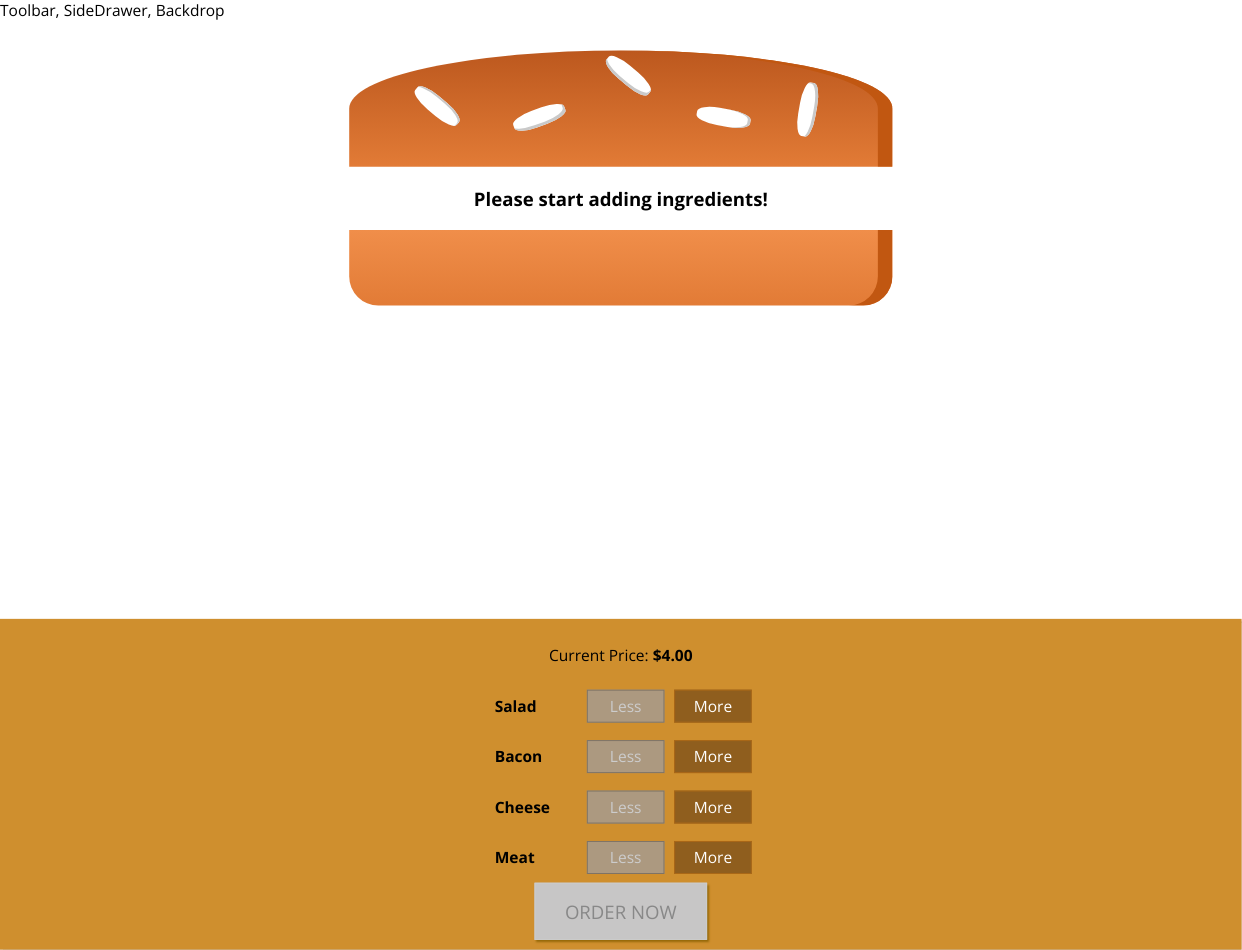
Repository: AbdulMutaal/Burger-Builder
Page: /
These files come from the project's save history. The page is drawn as it stood at one moment and after the next save; the edit follows.
The browser window is 1280 px wide. The pictures show the whole page, at 97% of full size.
The project was rebuilt for these pictures with package versions that can differ from the ones it lists, and the page was loaded fresh each time. Also part of the build but not shown: src/components/UI/Backdrop/Backdrop.module.css, src/components/UI/Backdrop/Backdrop.js.

Above is the page before, as saved 2021-12-08 10:41:38.

### src/index.css
body {
  margin: 0;
  font-family: "Open Sans", sans-serif;
}

### src/App.js
import Layout from './components/Layout/Layout';
import BurgerBuilder from './containers/BurgerBuilder/BurgerBuilder';

function App() {
  return (
    <div>
      <Layout>
        <BurgerBuilder />
      </Layout>
    </div>
  );
}

export default App;

### src/components/Layout/Layout.js
import React from 'react';

import Auxiliary from '../../hoc/Auxiliary';
import classes from './Layout.module.css';
import Toolbar from '../Navigation/Toolbar/Toolbar';

const layout = ( props ) => (
    <Auxiliary>
        <div>Toolbar, SideDrawer, Backdrop</div>
        <main className={classes.Content}>
            {props.children}
        </main>
    </Auxiliary>
);

export default layout;

### src/containers/BurgerBuilder/BurgerBuilder.js
import React, { Component } from 'react';

import Auxiliary from '../../hoc/Auxiliary';
import Burger from '../../components/Burger/Burger';
import BuildControls from '../../components/Burger/BuildControls/BuildControls';
import Modal from '../../components/UI/Modal/Modal';
import OrderSummary from '../../components/Burger/OrderSummary/OrderSummary';

const INGREDIENT_PRICES = {
    salad: 0.5,
    cheese: 0.4,
    meat: 1.3,
    bacon: 0.7
};

class BurgerBuilder extends Component {
    state = {
        ingredients: {
            salad: 0,
            bacon: 0,
            cheese: 0,
            meat: 0
        },
        totalPrice: 4,
        purchasable: false,
        purchasing: false
    }

    updatePurchaseState (ingredients) {
        const sum = Object.keys(ingredients)
            .map(igKey => {
                return ingredients[igKey];
            })
            .reduce((sum, el) => {
                return sum + el;
            }, 0);
        this.setState({purchasable: sum > 0});
    }

    addIngredientHandler = (type) => {
        const oldCount = this.state.ingredients[type];
        const updatedCount = oldCount + 1;
        const updateIngredients = {
            ...this.state.ingredients
        };
        updateIngredients[type] = updatedCount;

        const priceAddition = INGREDIENT_PRICES[type];
        const oldPrice = this.state.totalPrice;
        const newPrice = oldPrice + priceAddition;
        this.setState({totalPrice: newPrice, ingredients: updateIngredients});
        this.updatePurchaseState(updateIngredients);
    }

    removeIngredientHandler = (type) => {
        const oldCount = this.state.ingredients[type];

        if (oldCount <= 0) {
            return;
        }

        const updatedCount = oldCount - 1;
        const updateIngredients = {
            ...this.state.ingredients
        };
        updateIngredients[type] = updatedCount;

        const priceDeduction = INGREDIENT_PRICES[type];
        const oldPrice = this.state.totalPrice;
        const newPrice = oldPrice - priceDeduction;
        this.setState({totalPrice: newPrice, ingredients: updateIngredients});
        this.updatePurchaseState(updateIngredients);
    }

    purchaseHandler = () => {
        this.setState({purchasing: true});
    }

    purchaseCancelHandler = () => {
        this.setState({purchasing: false});
    }

    purchaseContinueHandler = () => {
        alert('You continue');
    }

    render () {
        const disabledInfo = {
            ...this.state.ingredients
        };

        for (let key in disabledInfo) {
            disabledInfo[key] = disabledInfo[key] <= 0
        }

        return (
            <Auxiliary>
                <Modal show={this.state.purchasing} modalClosed={this.purchaseCancelHandler}>
                    <OrderSummary
                        ingredients={this.state.ingredients}
                        price={this.state.totalPrice}
                        purchaseCancelled={this.purchaseCancelHandler}
                        purchaseContinue={this.purchaseContinueHandler} />
                </Modal>
                <Burger ingredients={this.state.ingredients} />
                <BuildControls
                    ingredientAdded={this.addIngredientHandler}
                    ingredientRemoved={this.removeIngredientHandler}
                    disabled={disabledInfo}
                    ordered={this.purchaseHandler}
                    purchasable={this.state.purchasable}
                    price={this.state.totalPrice} />
            </Auxiliary>
        );
    }
}

export default BurgerBuilder;

### src/components/Burger/Burger.js
import React from 'react';

import classes from './Burger.module.css';
import BurgerIngredient from './BurgerIngredient/BurgerIngredient';

const burger = (props) => {
    let transformedIngredients = Object.keys(props.ingredients)
        .map(igKey => {
            return [...Array(props.ingredients[igKey])].map((_, i) => {
                return <BurgerIngredient key={igKey + i} type={igKey} />;
            });
        })
        .reduce((arr, el) => {
            return arr.concat(el)
        }, []);
    console.log(transformedIngredients);

    if (transformedIngredients.length === 0) {
        transformedIngredients = <p>Please start adding ingredients!</p>;
    }

    return (
        <div className={classes.Burger}>
            <BurgerIngredient type="bread-top" />
                { transformedIngredients }
            <BurgerIngredient type="bread-bottom" />
        </div>
    );
};

export default burger;

### src/components/Burger/BuildControls/BuildControls.js
import React from 'react';

import classes from './BuildControls.module.css';
import BuildControl from './BuildControl/BuildControl';

const controls = [
    { label: 'Salad', type: 'salad'},
    { label: 'Bacon', type: 'bacon'},
    { label: 'Cheese', type: 'cheese'},
    { label: 'Meat', type: 'meat'}
];

const buildControls = (props) => (
    <div className={classes.BuildControls}>
        <p>Current Price: <strong>${props.price.toFixed(2)}</strong></p>
        {controls.map(ctrl => (
            <BuildControl
                key={ctrl.label}
                label={ctrl.label}
                added={() => props.ingredientAdded(ctrl.type)}
                removed={() => props.ingredientRemoved(ctrl.type)}
                disabled={props.disabled[ctrl.type]} />
        ))}
        <button
            className={classes.OrderButton}
                disabled={!props.purchasable}
                onClick={props.ordered}>ORDER NOW</button>
    </div>
);

export default buildControls;

### src/components/UI/Modal/Modal.js
import React from 'react';

import classes from './Modal.module.css';
import Auxiliary from '../../../hoc/Auxiliary';
import Backdrop from '../Backdrop/Backdrop';

const modal = (props) => (
    <Auxiliary>
        <Backdrop show={props.show} clicked={props.modalClosed} />
        <div
            className={classes.Modal}
            style={{
                transform: props.show ? 'translateY(0)' : 'translateY(-100vh)',
                opacity: props.show ? '1' : '0'
            }}>
            {props.children}
        </div>
    </Auxiliary>
);

export default modal;

### src/components/Burger/OrderSummary/OrderSummary.js
import React from 'react';

import Auxiliary from '../../../hoc/Auxiliary';
import Button from '../../UI/Button/Button';

const orderSummary = (props) => {
    const ingredientSummary = Object.keys(props.ingredients).map((igKey) => {
        return (
            <li key={igKey}>
                <span style={{textTransform: 'capitalize'}}>{igKey}</span>: {props.ingredients[igKey]}
            </li>);

        });
    return (
        <Auxiliary>
            <h3>Your Order</h3>
            <p>A delicious burger with the following ingredients:</p>
            <ul>
                {ingredientSummary}
            </ul>
            <p><strong>Total Price: ${props.price.toFixed(2)}</strong></p>
            <p>Continue to checkout</p>
            <Button btnType="Danger" clicked={props.purchaseCancelled}>CANCEL</Button>
            <Button btnType="Success" clicked={props.purchaseContinue}>CONTINUE</Button>
        </Auxiliary>
    );
};

export default orderSummary;

### src/components/Burger/BurgerIngredient/BurgerIngredient.js
import React from 'react';
import PropTypes from 'prop-types';

import classes from './BurgerIngredient.module.css';

const burgerIngredient = (props) => {
    let ingredient = null;

    switch (props.type) {
        case ('bread-bottom'):
            ingredient = <div className={classes.BreadBottom}></div>;
            break;
        case ('bread-top'):
            ingredient = (
                <div className={classes.BreadTop}>
                    <div className={classes.Seeds1}></div>
                    <div className={classes.Seeds2}></div>
                </div>
            );
            break;
        case ('meat'):
            ingredient = <div className={classes.Meat}></div>;
            break;
        case ('cheese'):
            ingredient = <div className={classes.Cheese}></div>;
            break;
        case ('bacon'):
            ingredient = <div className={classes.Bacon}></div>;
            break;
        case ('salad'):
            ingredient = <div className={classes.Salad}></div>;
            break;
        default:
            ingredient = null;
    }

    return ingredient;
};

burgerIngredient.propTypes = {
    type: PropTypes.string.isRequired
};

export default burgerIngredient;

### src/components/Burger/BuildControls/BuildControls.module.css
.BuildControls {
    width: 100%;
    background-color: #cf8f2e;
    display: flex;
    flex-flow: column;
    align-items: center;
    box-shadow: 0 2px 1px #ccc;
    margin: auto;
    padding: 10px 0;
}


.OrderButton {
    background-color: #DAD735;
    outline: none;
    cursor: pointer;
    border: 1px solid #966909;
    color: #966909;
    font-family: inherit;
    font-size: 1.2em;
    padding: 15px 30px;
    box-shadow: 2px 2px 2px #966909;
}

.OrderButton:hover, .OrderButton:active {
    background-color: #A0DB41;
    border: 1px solid #966909;
    color: #966909;
}

.OrderButton:disabled {
    background-color: #C7C6C6;
    cursor: not-allowed;
    border: 1px solid #ccc;
    color: #888888;
}

.OrderButton:not(:disabled) {
    animation: enable 0.3s linear;
}

@keyframes enable {
    0% {
        transform: scale(1);
    }
    60% {
        transform: scale(1.1);
    }
    100% {
        transform: scale(1);
    }
}

### src/components/Burger/BuildControls/BuildControl/BuildControl.js
import React from 'react';

import classes from './BuildControl.module.css';

const buildControl = (props) =>  (
    <div className={classes.BuildControl}>
        <div className={classes.Label}>{props.label}</div>
        <button className={classes.Less} onClick={props.removed} disabled={props.disabled}>Less</button>
        <button className={classes.More} onClick={props.added}>More</button>
    </div>
)

export default buildControl;

### src/components/UI/Button/Button.js
import React from 'react';

import classes from './Button.module.css';

const button = (props) => (
    <button
        className={[classes.Button, classes[props.btnType]].join(' ')}
        onClick={props.clicked}>{props.children}</button>
);

export default button;

### src/components/Burger/BurgerIngredient/BurgerIngredient.module.css
.BreadBottom {
    height: 13%;
    width: 80%;
    background: linear-gradient(#F08E4A, #e27b36);
    border-radius: 0 0 30px 30px;
    box-shadow: inset -15px 0 #c15711;
    margin: 2% auto;
}

.BreadTop {
    height: 20%;
    width: 80%;
    background: linear-gradient(#bc581e, #e27b36);
    border-radius: 50% 50% 0 0;
    box-shadow: inset -15px 0 #c15711;
    margin: 2% auto;
    position: relative;
}

.Seeds1 {
    width: 10%;
    height: 15%;
    position: absolute;
    background-color: white;
    left: 30%;
    top: 50%;
    border-radius: 40%;
    transform: rotate(-20deg);
    box-shadow: inset -2px -3px #c9c9c9;
}

.Seeds1:after {
    content: "";
    width: 100%;
    height: 100%;
    position: absolute;
    background-color: white;
    left: -170%;
    top: -260%;
    border-radius: 40%;
    transform: rotate(60deg);
    box-shadow: inset -1px 2px #c9c9c9;
  }

.Seeds1:before {
    content: "";
    width: 100%;
    height: 100%;
    position: absolute;
    background-color: white;
    left: 180%;
    top: -50%;
    border-radius: 40%;
    transform: rotate(60deg);
    box-shadow: inset -1px -3px #c9c9c9;
  }

  .Seeds2 {
    width: 10%;
    height: 15%;
    position: absolute;
    background-color: white;
    left: 64%;
    top: 50%;
    border-radius: 40%;
    transform: rotate(10deg);
    box-shadow: inset -3px 0 #c9c9c9;
  }

  .Seeds2:before {
    content: "";
    width: 100%;
    height: 100%;
    position: absolute;
    background-color: white;
    left: 150%;
    top: -130%;
    border-radius: 40%;
    transform: rotate(90deg);
    box-shadow: inset 1px 3px #c9c9c9;
  }


.Meat {
    width: 80%;
    height: 8%;
    background: linear-gradient(#7f3608, #702e05);
    margin: 2% auto;
    border-radius: 15px;
}

.Cheese {
    width: 90%;
    height: 4.5%;
    margin: 2% auto;
    background: linear-gradient(#f4d004, #d6bb22);
    border-radius: 20px;
}

.Salad {
    width: 85%;
    height: 7%;
    margin: 2% auto;
    background: linear-gradient(#228c1d, #91ce50);
    border-radius: 20px;
}

.Bacon {
    width: 80%;
    height: 3%;
    background: linear-gradient(#bf3813, #c45e38);
    margin: 2% auto;
}

### src/components/Burger/BuildControls/BuildControl/BuildControl.module.css
.BuildControl {
    display: flex;
    justify-content: space-between;
    align-items: center;
    margin: 5px 0;
}

.BuildControl button {
    display: block;
    font: inherit;
    padding: 5px;
    margin: 0 5px;
    width: 80px;
    border: 1px solid #AA6817;
    cursor: pointer;
    outline: none;
}

.BuildControl button:disabled {
    background-color: #AC9980;
    border: 1px solid #7E7365;
    color: #ccc;
    cursor: default;
}

.BuildControl button:hover:disabled {
    background-color: #AC9980;
    color: #ccc;
    cursor: not-allowed;
}

.Label {
    padding: 10px;
    font-weight: bold;
    width: 80px;
}

.BuildControl .Less {
    background-color: #D39952;
    color: white;
}

.BuildControl .More {
    background-color: #8F5E1E;
    color: white;
}

.BuildControl .Less:hover, .BuildControl .Less:active {
    background-color: #DAA972;
    color: white;
}

.BuildControl .More:hover,.BuildControl .More:active {
    background-color: #99703F;
    color: white;
}

### src/components/Navigation/Toolbar/Toolbar.js
import React from 'react';

import classes from './Toolbar.module.css';

const toolbar = (props) => (
    <header className={classes.Toolbar}>
        <div>MENU</div>
        <div>LOGO</div>
        <nav>
            ...
        </nav>
    </header>
);

export default toolbar;

### src/components/Navigation/Toolbar/Toolbar.module.css
.Toolbar {
    height: 50px;
    width: 100%;
    position: fixed;
    top: 0;
    left: 0;
    background-color: #703b09;
    display: flex;
    justify-content: space-between;
    align-items: center;
    padding: 0 20px;
    box-sizing: border-box;
    z-index: 90;
}

.Toolbar nav {
    height: 100%;
}

Loaded but not shown: public/index.html (common file); src/index.js (common file); src/reportWebVitals.js (common file); src/hoc/Auxiliary.js (common file); src/components/Layout/Layout.module.css (common file); src/components/Burger/Burger.module.css (common file); src/components/UI/Modal/Modal.module.css (common file); src/components/UI/Button/Button.module.css (common file)

After the next save:
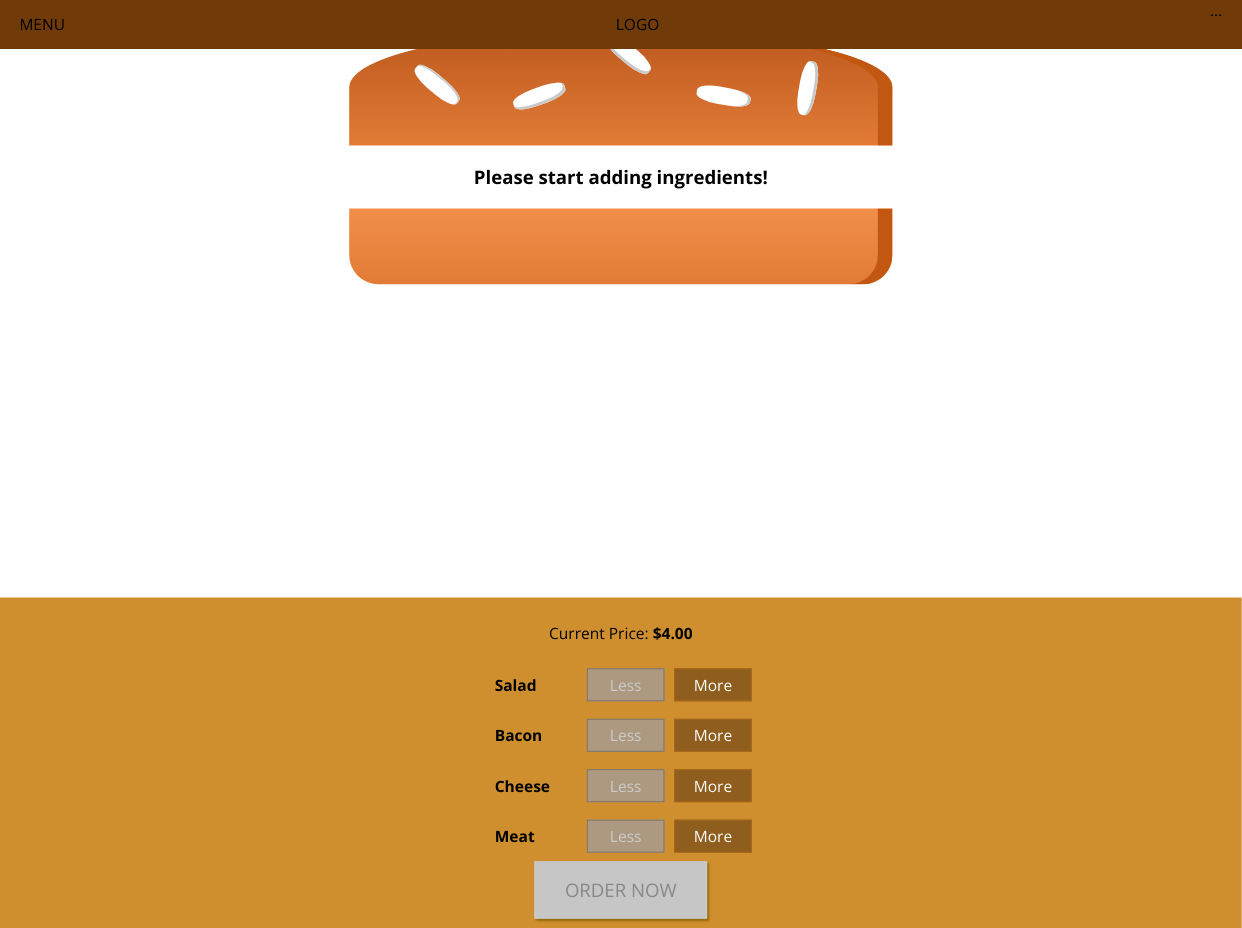
Saved 11 s later.
--- a/src/components/Layout/Layout.js
+++ b/src/components/Layout/Layout.js
@@ -6,7 +6,7 @@ import Toolbar from '../Navigation/Toolbar/Toolbar';
 
 const layout = ( props ) => (
     <Auxiliary>
-        <div>Toolbar, SideDrawer, Backdrop</div>
+        <Toolbar />
         <main className={classes.Content}>
             {props.children}
         </main>
